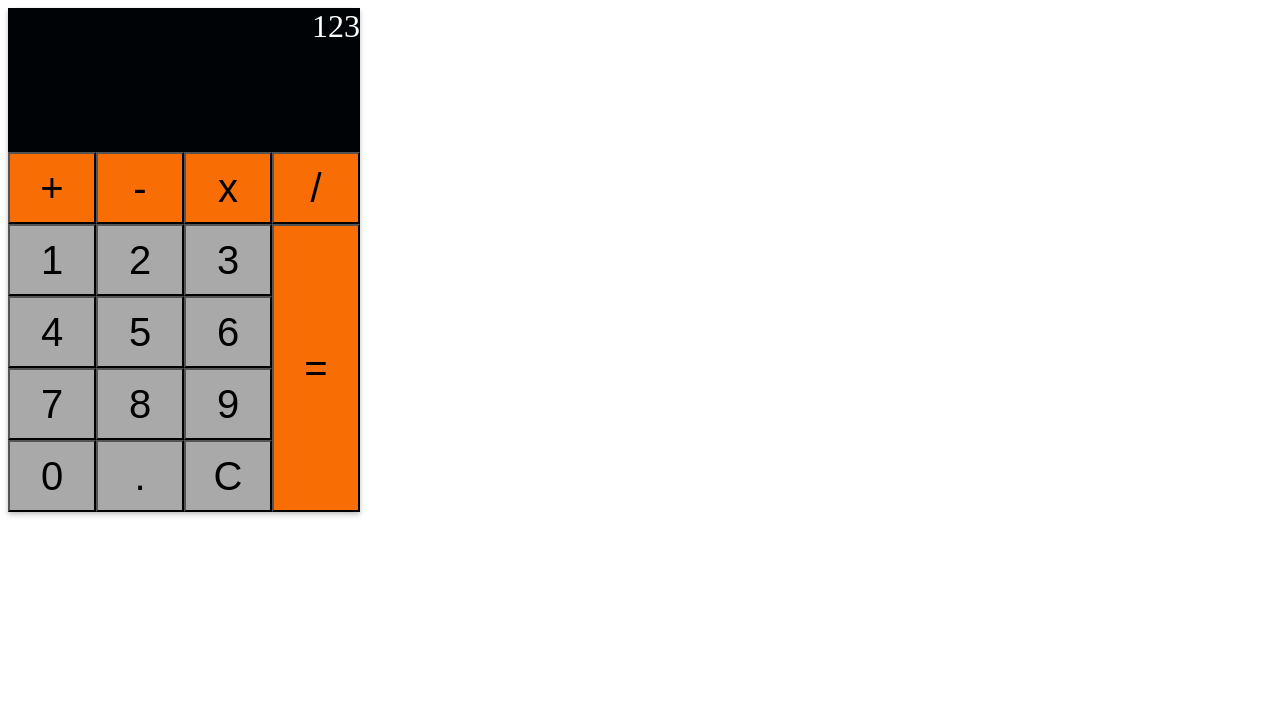
Repository: TEazy2433/LAB-calculator
Page: index.html
These files come from the project's save history. The page is drawn as it stood at one moment and after the next save; the edit follows.
The browser window is 1280 px wide. The pictures show the whole page.

Above is the page before, as saved 2023-10-14 11:45:48.

After the next save:
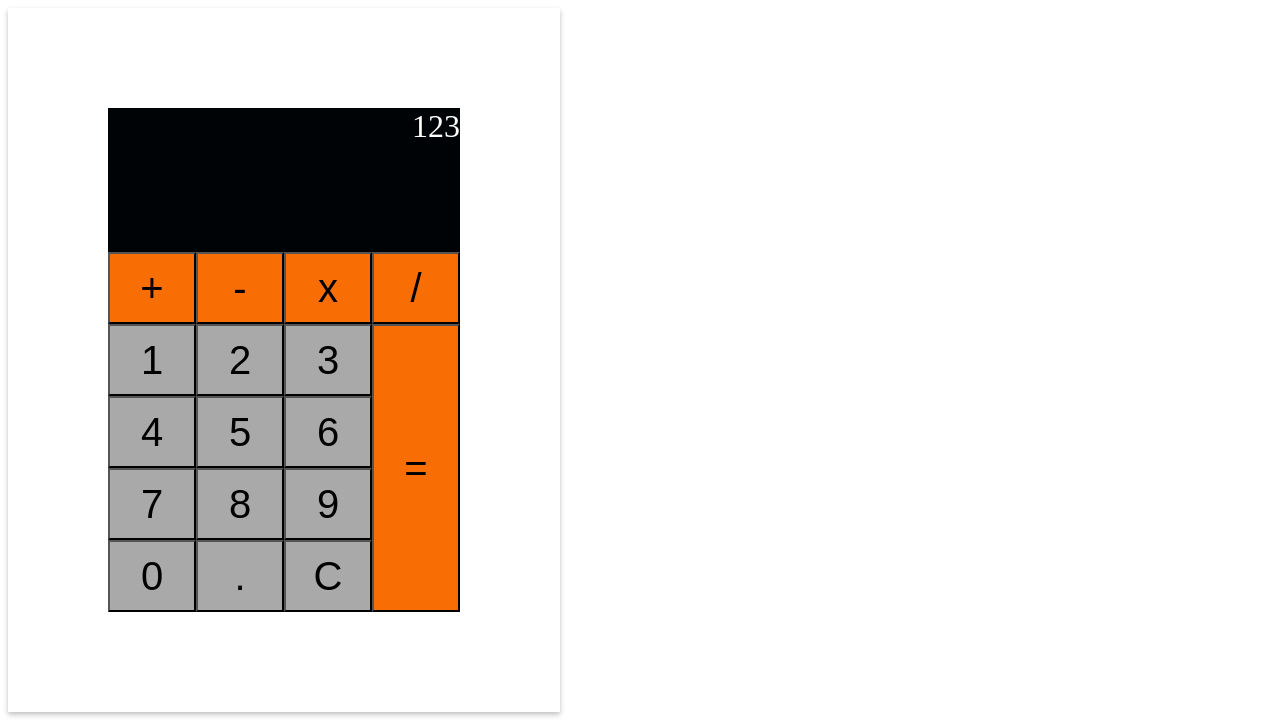
Saved 26 s later.
--- a/main.css
+++ b/main.css
@@ -6,7 +6,7 @@
   display: flex;
   flex-wrap: wrap;
   border-color: black ;
-  align-self: center;
+  padding: 100px;
 }
 .display{
   font-size: 2rem;
